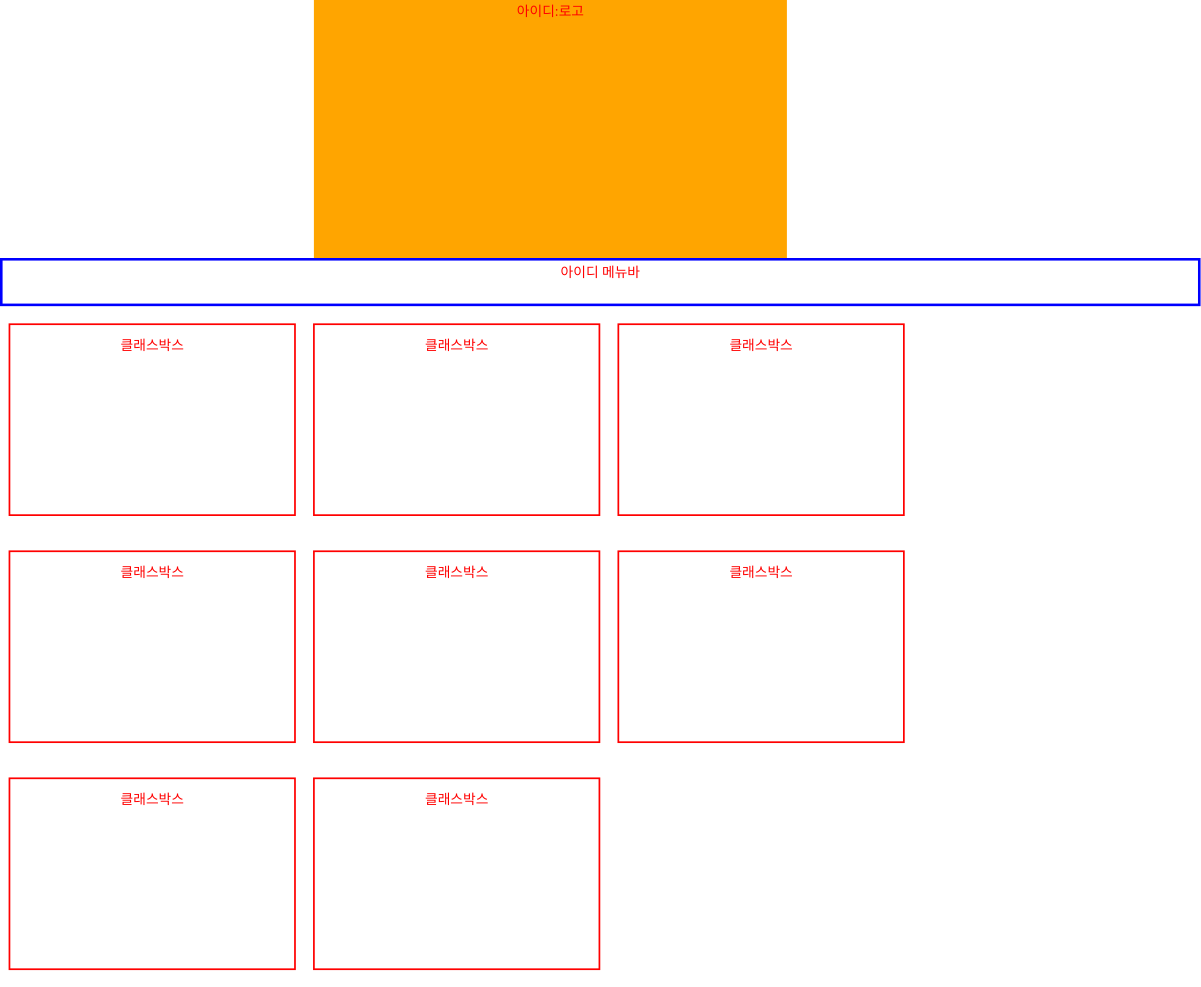
Repository: gwonjunsu95/html5
Page: html5/WebContent/day0303.html
An editor plug-in stored every save of this project. The page is shown before and after the next save, followed by the edit.
The browser window is 1280 px wide. The page is 1396 px wide, so the pictures cover 1396 px, including what lies to the right of the window. The pictures show the whole page, at 86% of full size.

Above is the page before, as saved 2020-04-20 04:58:46.

After the next save:
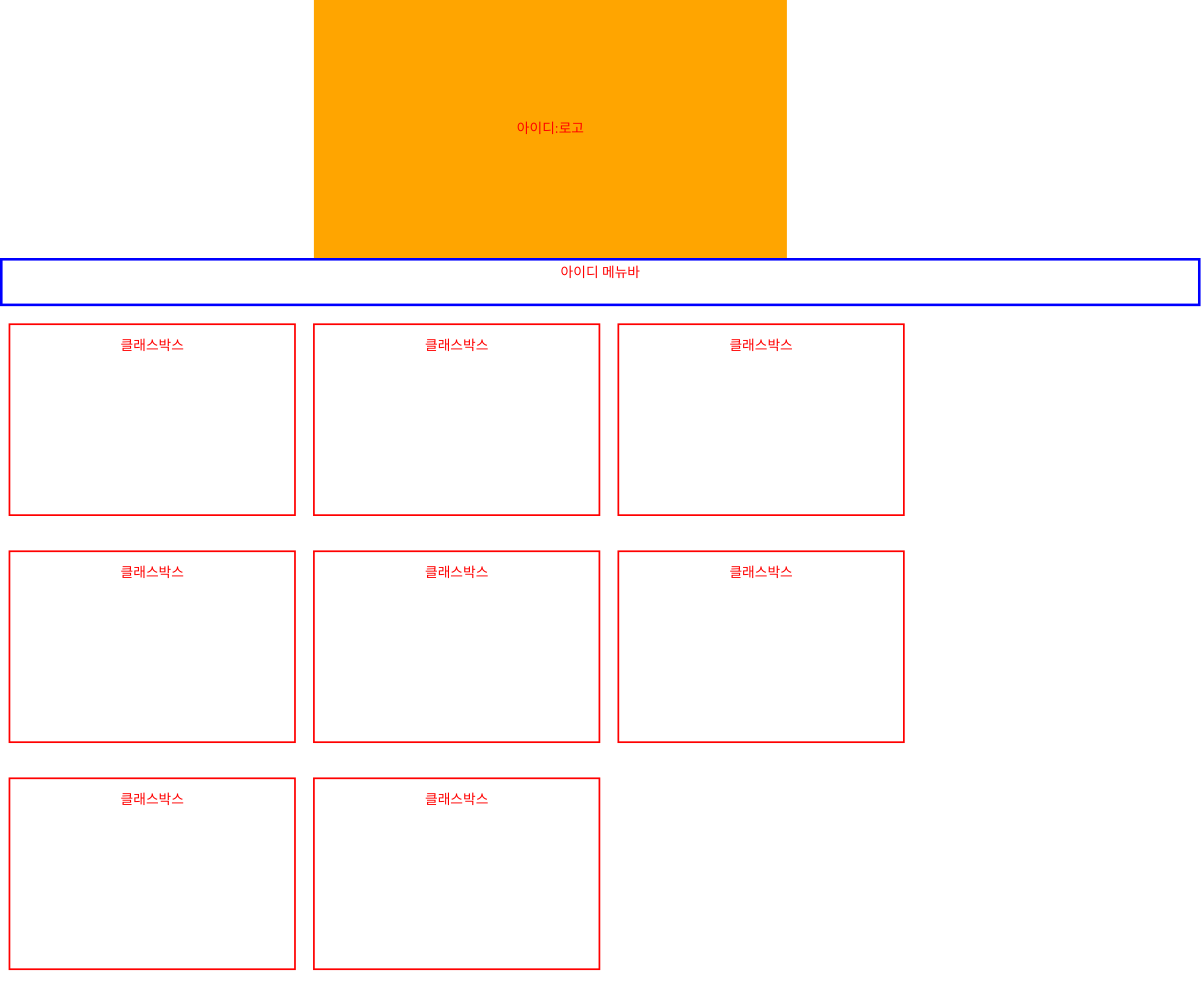
Saved 25 s later.
--- a/html5/WebContent/day0303.html
+++ b/html5/WebContent/day0303.html
@@ -18,7 +18,7 @@
 			height: 300px;
 			margin: 0 auto;
 			background: orange;
-
+			line-height: 300px;
 
 		}
 
